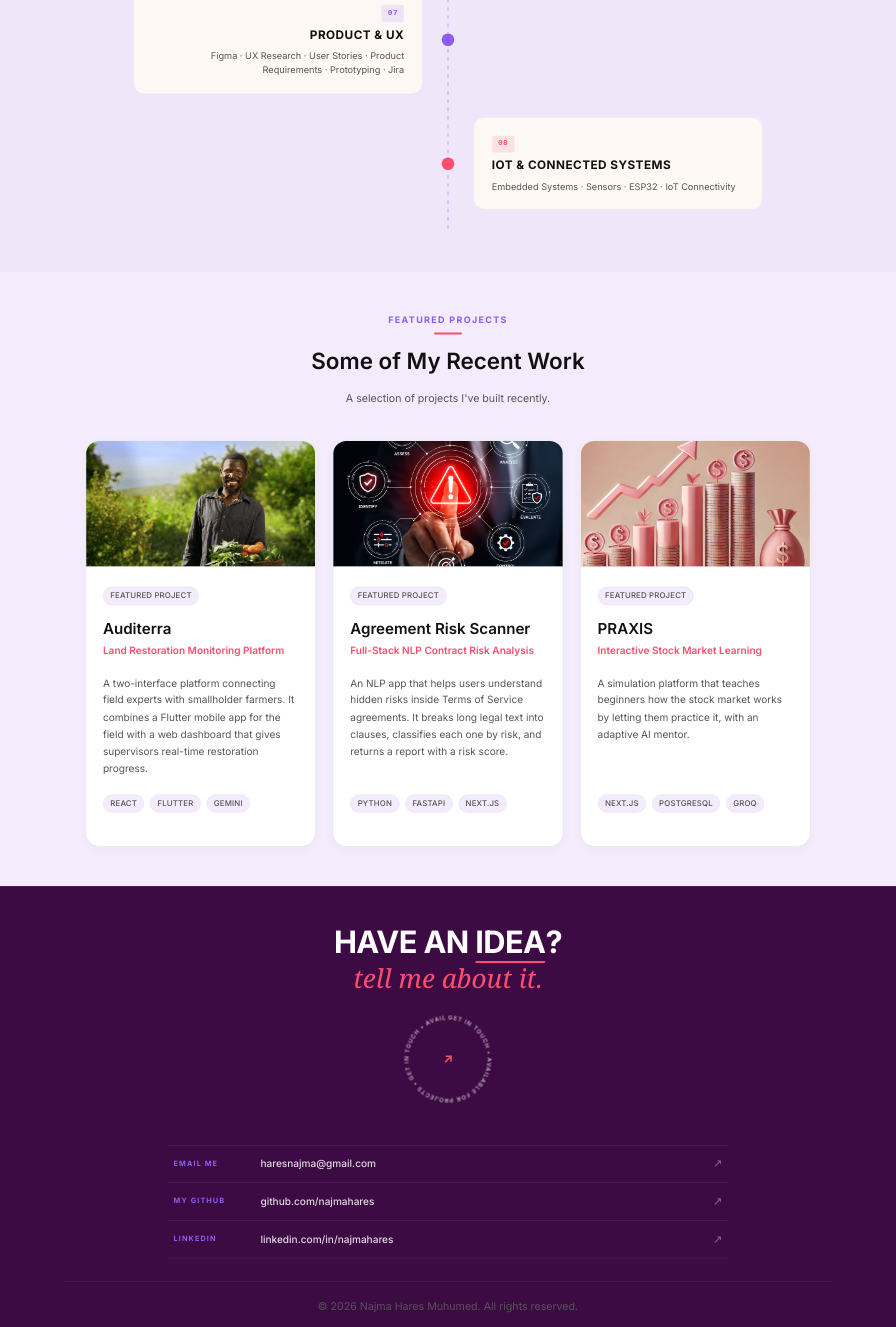
Repository: najmahares/portfolio
Page: index.html
The author's editor kept a copy of each file at every save. The page is drawn from the files as they stood at one save, then again after the next save.
The browser window is 1280 px wide. The pictures show the part of the page from y = 2737 to 4657 px (the page is 4632 px tall before and 4657 px after), at 70% of full size.

Above is the page before, as saved 2026-09-19 11:43:42.

### index.html
<!doctype html>
<html lang="en">
  <head>
    <meta charset="UTF-8" />
    <meta name="viewport" content="width=device-width, initial-scale=1.0" />
    <title>Najma Hares | Software Engineer</title>
    <link rel="preconnect" href="https://fonts.googleapis.com" />
    <link rel="preconnect" href="https://fonts.gstatic.com" crossorigin />
    <link
      href="https://fonts.googleapis.com/css2?family=Inter:wght@300;400;500;600;700&display=swap"
      rel="stylesheet"
    />
    <link rel="stylesheet" href="css/style.css" />
  </head>
  <body>
    <nav class="navbar">
      <div class="container nav-container">
        <a href="index.html" class="logo">Najma Hares</a>
        <div class="nav-links">
          <a href="index.html" class="active">Home</a>
          <a href="index.html#about">About</a>
          <a href="index.html#skills">Skills</a>
          <a href="index.html#projects">Projects</a>
          <a href="index.html#contact">Contact</a>
        </div>
        <a href="mailto:haresnajma@gmail.com" class="btn btn-primary magnetic"
          >Let's Talk</a
        >
      </div>
    </nav>

    <section class="hero">
      <div class="container hero-grid">
        <div class="hero-content">
          <span class="badge reveal"
            >SOFTWARE ENGINEER · AI · DATA · SECURITY</span
          >
          <h1 class="reveal">
            Hi, I'm <span class="text-accent">Najma</span><br />I build
            practical software for real-world problems.
          </h1>
          <p class="hero-desc reveal">
            <strong
              >I like turning <i>“what if?”</i> into <i>“let’s build it.”</i>
            </strong>
            <br />
            I’m naturally curious, and I tend to follow questions all the way
            down the rabbit hole. <br />
            That means researching the problem, challenging assumptions,
            experimenting with ideas and eventually building something that
            people can use. My work has taken me across software, AI, data and
            product design.
            <br />
            <strong
              >Because sometimes the best way to answer a question is to build
              something and see what happens.</strong
            >
          </p>
          <div class="hero-buttons reveal">
            <a href="index.html#contact" class="btn btn-primary magnetic"
              >Get in Touch</a
            >
            <a href="index.html#projects" class="btn btn-outline magnetic"
              >View my work</a
            >
          </div>
        </div>

        <div class="hero-image-wrapper reveal">
          <div class="avatar-graphic tilt-card" data-rotate="45">
            <img
              src="assets/portfolio_image.jpg"
              alt="Najma Hares"
              class="hero-img"
            />
          </div>
        </div>
      </div>
    </section>

    <section id="about" class="section">
      <div class="container">
        <div class="section-header reveal">
          <span class="section-tag">WHAT I DO</span>
          <h2>I build across the software lifecycle.</h2>
        </div>

        <div class="about-grid">
          <div class="about-text reveal">
            <p>
              I build software across
              <strong>web, mobile and backend systems</strong>, developing
              applications, APIs and data-driven solutions from implementation
              through testing. My experience also spans
              <strong>AI and machine learning</strong>, including data
              processing, LLMs, RAG and intelligent application workflows,
              alongside <strong>application security</strong> through secure
              authentication, authorization and secure coding practices.
            </p>

            <p>
              Beyond development, I work across
              <strong>quality engineering, product and UX</strong>, contributing
              to testing, user research, requirements, product design and
              prototyping to turn problems into
              <strong>practical, reliable solutions</strong>.
            </p>
          </div>

          <div class="stats-grid">
            <div class="card stat-card reveal tilt-card">
              <h3>01</h3>
              <p>Software Development</p>
              <span class="stat-sub">Web · Mobile · Backend</span>
            </div>
            <div class="card stat-card reveal tilt-card">
              <h3>02</h3>
              <p>AI &amp; Data</p>
              <span class="stat-sub">Machine Learning · LLMs · RAG</span>
            </div>
            <div class="card stat-card reveal tilt-card">
              <h3>03</h3>
              <p>Security &amp; Quality</p>
              <span class="stat-sub"
                >Secure Development · Testing · Automation</span
              >
            </div>
            <div class="card stat-card reveal tilt-card">
              <h3>04</h3>
              <p>Product &amp; UX</p>
              <span class="stat-sub">Research · Requirements · Design</span>
            </div>
          </div>
        </div>
      </div>
    </section>

    <section id="skills" class="section bg-alt">
      <div class="container">
        <div class="section-header reveal">
          <span class="section-tag">TECHNICAL EXPERTISE</span>
          <h2>I work across the stack <strong>and beyond it.</strong></h2>
          <p>
            A broad technical foundation spanning intelligent systems, software
            engineering, security, quality and product development.
          </p>
        </div>

        <div class="zigzag-flow">
          <div class="zigzag-row left reveal">
            <div class="zigzag-card">
              <span class="zigzag-number">01</span>
              <h3>AI &amp; Machine Learning</h3>
              <p>
                Python · Pandas · NumPy · Scikit-learn · LLM APIs · RAG · AI
                Agents · Prompt Engineering
              </p>
            </div>
            <div class="zigzag-node"></div>
            <div class="zigzag-empty"></div>
          </div>

          <div class="zigzag-row right reveal">
            <div class="zigzag-empty"></div>
            <div class="zigzag-node"></div>
            <div class="zigzag-card">
              <span class="zigzag-number">02</span>
              <h3>Backend Engineering</h3>
              <p>
                Python · FastAPI · REST APIs · PostgreSQL · SQL · Data Modelling
              </p>
            </div>
          </div>

          <div class="zigzag-row left reveal">
            <div class="zigzag-card">
              <span class="zigzag-number">03</span>
              <h3>Cybersecurity</h3>
              <p>
                Authentication · Authorization · Secure Coding · API Security ·
                Input Validation · OWASP
              </p>
            </div>
            <div class="zigzag-node"></div>
            <div class="zigzag-empty"></div>
          </div>

          <div class="zigzag-row right reveal">
            <div class="zigzag-empty"></div>
            <div class="zigzag-node"></div>
            <div class="zigzag-card">
              <span class="zigzag-number">04</span>
              <h3>Quality Engineering</h3>
              <p>
                Jest · Postman · Cypress · Playwright · Unit Testing · API
                Testing · E2E Testing
              </p>
            </div>
          </div>

          <div class="zigzag-row left reveal">
            <div class="zigzag-card">
              <span class="zigzag-number">05</span>
              <h3>Web Development</h3>
              <p>React · Next.js · TypeScript · HTML · CSS</p>
            </div>
            <div class="zigzag-node"></div>
            <div class="zigzag-empty"></div>
          </div>

          <div class="zigzag-row right reveal">
            <div class="zigzag-empty"></div>
            <div class="zigzag-node"></div>
            <div class="zigzag-card">
              <span class="zigzag-number">06</span>
              <h3>Mobile Development</h3>
              <p>Flutter · Dart · State Management · API Integration</p>
            </div>
          </div>

          <div class="zigzag-row left reveal">
            <div class="zigzag-card">
              <span class="zigzag-number">07</span>
              <h3>Product &amp; UX</h3>
              <p>
                Figma · UX Research · User Stories · Product Requirements ·
                Prototyping · Jira
              </p>
            </div>
            <div class="zigzag-node"></div>
            <div class="zigzag-empty"></div>
          </div>

          <div class="zigzag-row right reveal">
            <div class="zigzag-empty"></div>
            <div class="zigzag-node"></div>
            <div class="zigzag-card">
              <span class="zigzag-number">08</span>
              <h3>IoT &amp; Connected Systems</h3>
              <p>Embedded Systems · Sensors · ESP32 · IoT Connectivity</p>
            </div>
          </div>
        </div>
      </div>
    </section>

    <section id="projects" class="section">
      <div class="container">
        <div class="section-header reveal">
          <span class="section-tag">FEATURED PROJECTS</span>
          <h2>Some of My Recent Work</h2>
          <p>A selection of projects I've built recently.</p>
        </div>

        <div class="projects-grid">
          <a href="project.html" class="card project-card reveal tilt-card">
            <div
              class="project-img"
              style="
                background-image: url(&quot;assets/project-auditerra.jpg&quot;);
              "
            ></div>
            <div class="project-info">
              <span class="badge-sm">FEATURED PROJECT</span>
              <h3>Auditerra</h3>
              <p class="project-subtitle">
                Land Restoration Monitoring Platform
              </p>
              <p class="project-desc">
                A two-interface platform connecting field experts with
                smallholder farmers. It combines a Flutter mobile app for the
                field with a web dashboard that gives supervisors real-time
                restoration progress.
              </p>
              <div class="project-tags">
                <span class="badge-sm">React</span>
                <span class="badge-sm">Flutter</span>
                <span class="badge-sm">Gemini</span>
              </div>
            </div>
          </a>

          <a href="agreement.html" class="card project-card reveal tilt-card">
            <div
              class="project-img"
              style="
                background-image: url(&quot;assets/portfolio-agreement.jpg&quot;);
              "
            ></div>
            <div class="project-info">
              <span class="badge-sm">FEATURED PROJECT</span>
              <h3>Agreement Risk Scanner</h3>
              <p class="project-subtitle">
                Full-Stack NLP Contract Risk Analysis
              </p>
              <p class="project-desc">
                An NLP app that helps users understand hidden risks inside Terms
                of Service agreements. It breaks long legal text into clauses,
                classifies each one by risk, and returns a report with a risk
                score.
              </p>
              <div class="project-tags">
                <span class="badge-sm">Python</span>
                <span class="badge-sm">FastAPI</span>
                <span class="badge-sm">Next.js</span>
              </div>
            </div>
          </a>

          <a href="praxis.html" class="card project-card reveal tilt-card">
            <div
              class="project-img"
              style="background-image: url(&quot;assets/praxis-home.jpg&quot;)"
            ></div>
            <div class="project-info">
              <span class="badge-sm">FEATURED PROJECT</span>
              <h3>PRAXIS</h3>
              <p class="project-subtitle">Interactive Stock Market Learning</p>
              <p class="project-desc">
                A simulation platform that teaches beginners how the stock
                market works by letting them practice it, with an adaptive AI
                mentor.
              </p>
              <div class="project-tags">
                <span class="badge-sm">Next.js</span>
                <span class="badge-sm">PostgreSQL</span>
                <span class="badge-sm">Groq</span>
              </div>
            </div>
          </a>
        </div>
      </div>
    </section>

    <footer id="contact" class="footer">
      <div class="container">
        <div class="footer-hero reveal">
          <h2 class="footer-headline">
            HAVE AN <span class="footer-headline-underline">IDEA</span>?
            <span class="footer-headline-italic">tell me about it.</span>
          </h2>

          <a
            href="mailto:haresnajma@gmail.com"
            class="footer-badge"
            aria-label="Send me an email"
          >
            <svg viewBox="0 0 200 200" class="footer-badge-text">
              <defs>
                <path
                  id="circlePath"
                  d="M 100, 100 m -75, 0 a 75,75 0 1,1 150,0 a 75,75 0 1,1 -150,0"
                />
              </defs>
              <text>
                <textPath href="#circlePath" startOffset="0%">
                  GET IN TOUCH • AVAILABLE FOR PROJECTS • GET IN TOUCH •
                  AVAILABLE FOR PROJECTS •
                </textPath>
              </text>
            </svg>
            <span class="footer-badge-icon">↗</span>
          </a>
        </div>

        <div class="footer-contacts reveal">
          <a href="mailto:haresnajma@gmail.com" class="contact-link">
            <span class="contact-label">Email Me</span>
            <span class="contact-value">haresnajma@gmail.com</span>
            <span class="contact-arrow">↗</span>
          </a>
          <a
            href="#"
            target="_blank"
            rel="noopener noreferrer"
            class="contact-link"
          >
            <span class="contact-label">My GitHub</span>
            <span class="contact-value">github.com/najmahares</span>
            <span class="contact-arrow">↗</span>
          </a>
          <a
            href="#"
            target="_blank"
            rel="noopener noreferrer"
            class="contact-link"
          >
            <span class="contact-label">LinkedIn</span>
            <span class="contact-value">linkedin.com/in/najmahares</span>
            <span class="contact-arrow">↗</span>
          </a>
        </div>
      </div>

      <div class="container footer-bottom">
        <p>&copy; 2026 Najma Hares Muhumed. All rights reserved.</p>
      </div>
    </footer>

    <script src="js/main.js"></script>
  </body>
</html>

Loaded but not shown: js/main.js (76 lines, source omitted); css/style.css (1868 lines, source omitted)

After the next save:
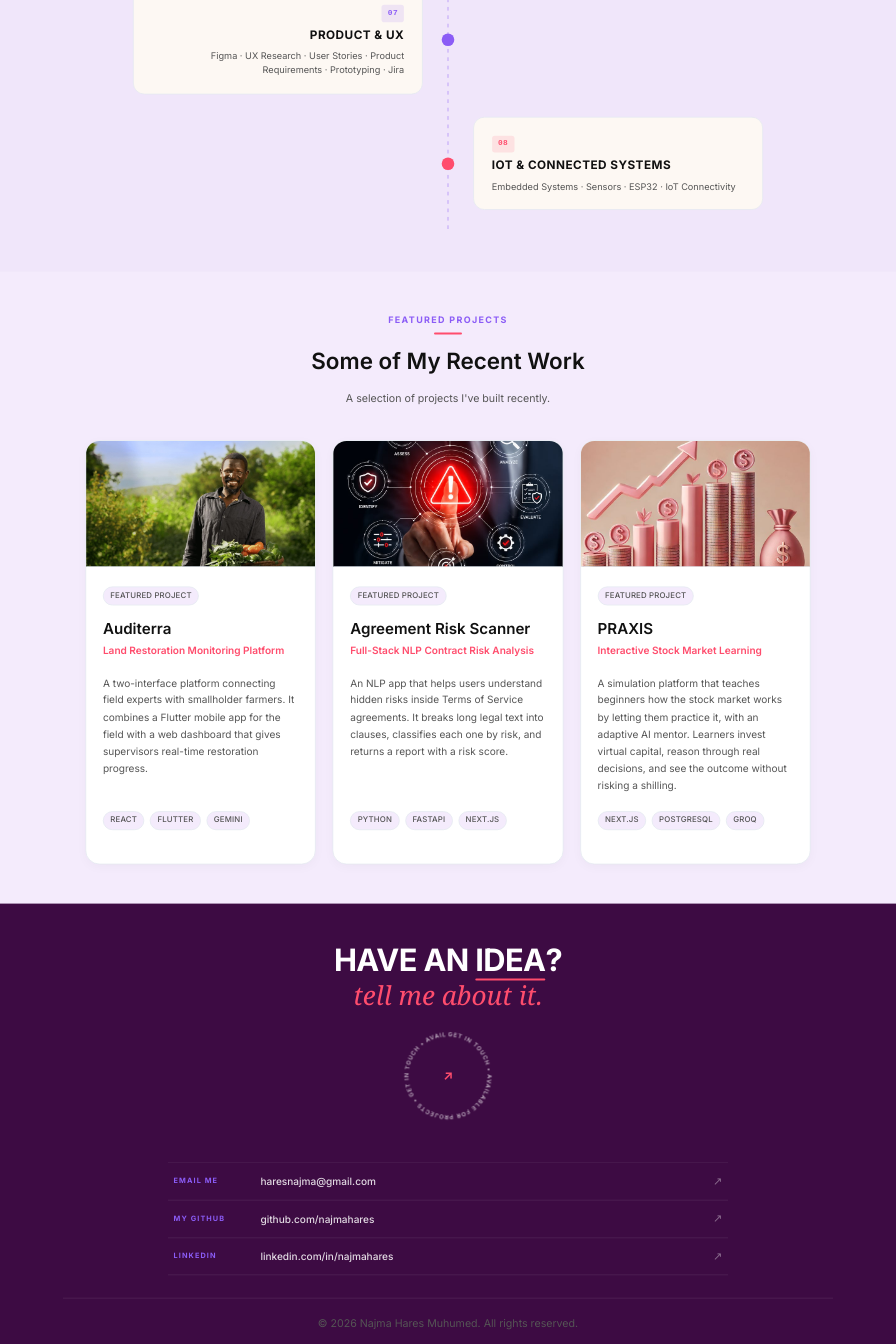
Saved 6 s later.
--- a/index.html
+++ b/index.html
@@ -319,7 +319,8 @@
               <p class="project-desc">
                 A simulation platform that teaches beginners how the stock
                 market works by letting them practice it, with an adaptive AI
-                mentor.
+                mentor. Learners invest virtual capital, reason through real
+                decisions, and see the outcome without risking a shilling.
               </p>
               <div class="project-tags">
                 <span class="badge-sm">Next.js</span>

After the save that followed:
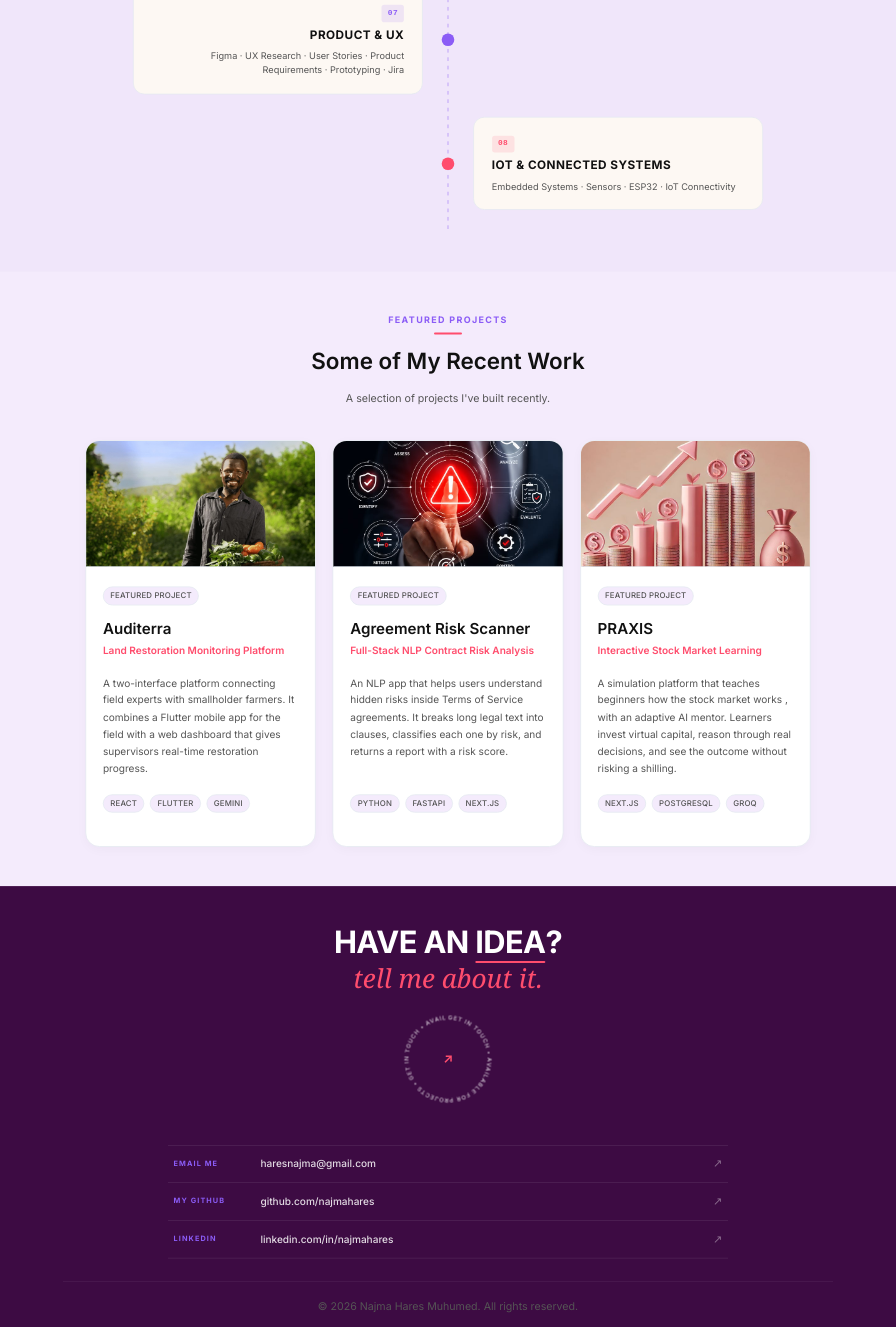
Saved 23 s later.
--- a/index.html
+++ b/index.html
@@ -318,9 +318,9 @@
               <p class="project-subtitle">Interactive Stock Market Learning</p>
               <p class="project-desc">
                 A simulation platform that teaches beginners how the stock
-                market works by letting them practice it, with an adaptive AI
-                mentor. Learners invest virtual capital, reason through real
-                decisions, and see the outcome without risking a shilling.
+                market works , with an adaptive AI mentor. Learners invest
+                virtual capital, reason through real decisions, and see the
+                outcome without risking a shilling.
               </p>
               <div class="project-tags">
                 <span class="badge-sm">Next.js</span>
